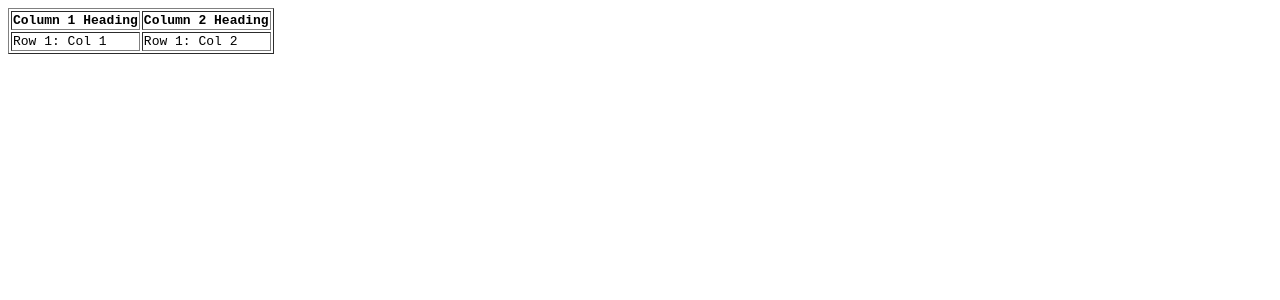
Repository: leedh909/Academy-web-
Page: http://localhost/Jsp07_EL_JSTL/basic-arithmetic.jsp
The author's editor kept a copy of each file at every save. The page is drawn from the files as they stood at one save, then again after the next save.
The browser window is 1280 px wide. The pictures show the whole page.
The page is served by Tomcat 9.

Above is the page before, as saved 2020-07-06 00:43:01.

After the next save:
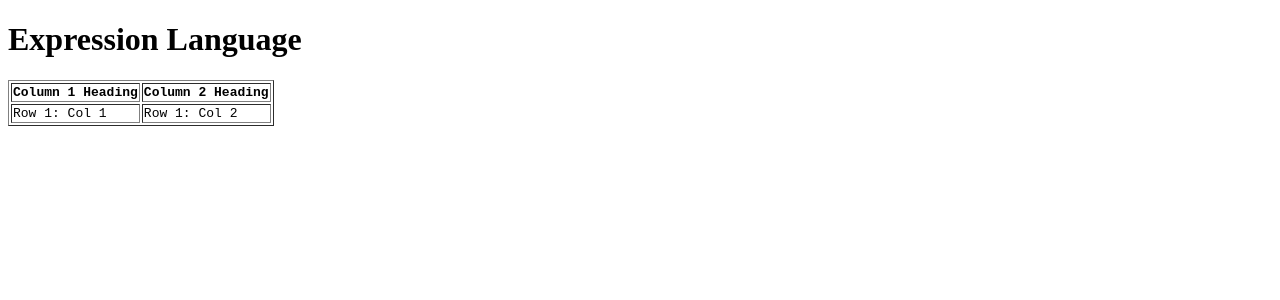
Saved 20 s later.
--- a/실습자료/eclipse-servlet/Jsp07_EL_JSTL/WebContent/basic-arithmetic.jsp
+++ b/실습자료/eclipse-servlet/Jsp07_EL_JSTL/WebContent/basic-arithmetic.jsp
@@ -11,6 +11,7 @@
 <title>Insert title here</title>
 </head>
 <body>
+	<h1>Expression Language</h1>
 	<code>
 		<table border="1">
 		  <tr>
